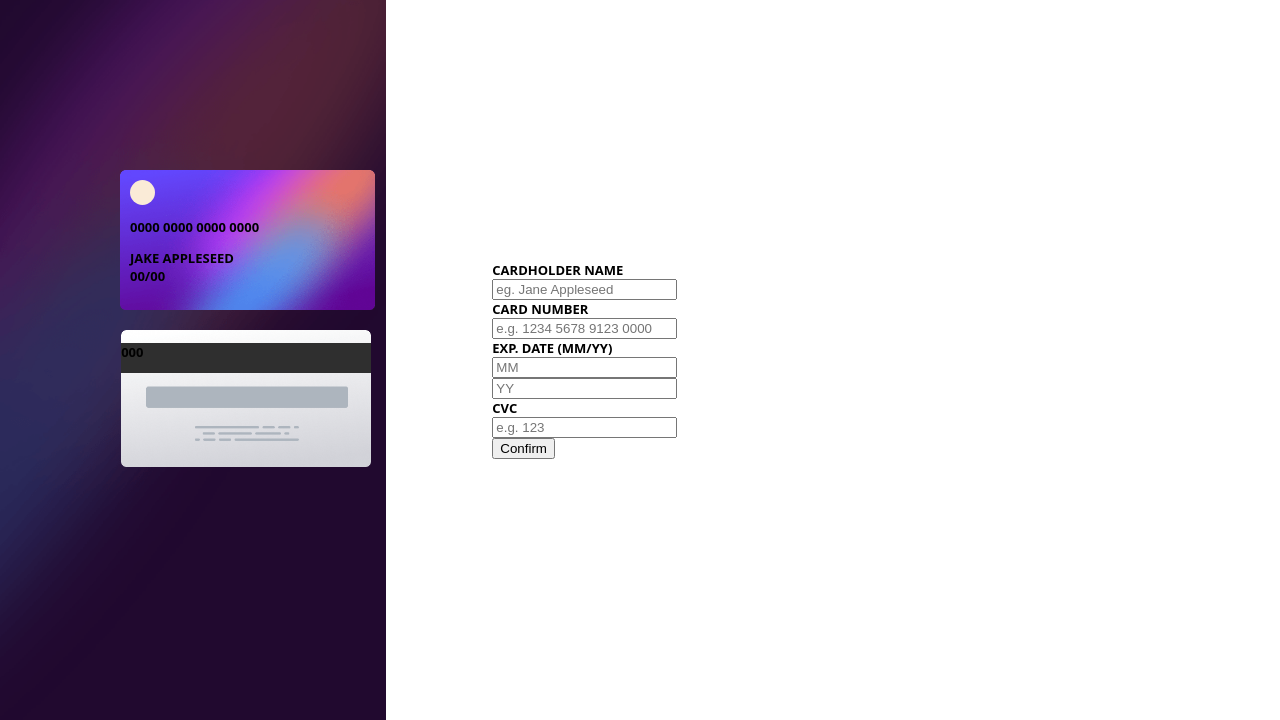
Repository: Celebration-cloud/my-project
Page: interactive-card-details-form-main/index.html
These files come from the project's save history. The page is drawn as it stood at one moment and after the next save; the edit follows.
The browser window is 1280 px wide. The pictures show the whole page.

Above is the page before, as saved 2023-08-23 00:38:30.

### interactive-card-details-form-main/index.html
<!DOCTYPE html>
<html lang="en">
<head>
  <meta charset="UTF-8">
  <meta name="viewport" content="width=device-width, initial-scale=1.0"> <!-- displays site properly based on user's device -->

  <link rel="icon" type="image/png" sizes="32x32" href="./images/favicon-32x32.png">
  <link rel="stylesheet" href="index.css">

  <title>Frontend Mentor | Interactive card details form</title>

  <!-- Feel free to remove these styles or customise in your own stylesheet 👍 -->
  <style>
    .attribution { font-size: 11px; text-align: center; }
    .attribution a { color: hsl(228, 45%, 44%); }
  </style>
</head>
<body>
  <div class="container">
    <section id="section-a" class="section-a">
      <div id="card">
        <div id="profile"></div><span class="detail"></span>
        <p id="card-number">0000 0000 0000 0000</p>
        <div id="others">
          <div id="card-name">JAKE APPLESEED</div>
          <div id="exp-date">00/00</div>
        </div>
      </div>
      <div id="card-back">
        <p id="cvc-digit">000</p>
      </div>

    </section>
    <!-- Add your site or application content here -->
    <!-- Card Details Form Section-->
    <section id="section-b" class="section-b">
      <form action="">
        <label for="name" id="cardholder-numeber-label">CARDHOLDER NAME</label><br/>
        <input name="name" id="cardholder-numeber-input" aria-required="false" placeholder="eg. Jane Appleseed" required/><br/>
        <label for="card-number" id="card-number-label">CARD NUMBER</label><br/>
        <input name="card-number" id="card-number-input" type="tel" aria-required="false" placeholder="e.g. 1234 5678 9123 0000" required/><br/>
        <label for="expire-date" id="expire-date-label">EXP. DATE (MM/YY)</label><br/>
        <input name="expire-date" id="expire-date" type="tel" aria-required="false" placeholder="MM" required/><br/>
        <input name="expire-date" id="expire-date2" type="tel" aria-required="false" placeholder="YY" required/><br/>
        <label for="cvc" id="cvc-label">CVC</label><br/>
        <input name="cvc" aria-required="false" id="cvc" type="tel" placeholder="e.g. 123" required/><br/>
        <button type="submit">Confirm</button>
      </form>

    </section>
  </div>

  <!-- 0000 0000 0000 0000
  00/00

  000

  Cardholder Name
  e.g. Jane Appleseed

  Card Number
  e.g. 1234 5678 9123 0000

  Exp. Date (MM/YY)
  MM
  YY

  CVC
  e.g. 123

  Confirm -->

  <!-- Completed state start -->

  <!-- Thank you!
  We've added your card details
  Continue -->

  <!-- <div class="attribution">
    Challenge by <a href="https://www.frontendmentor.io?ref=challenge" target="_blank">Frontend Mentor</a>.
    Coded by <a href="#">Your Name Here</a>.
  </div> -->
</body>
</html>

### interactive-card-details-form-main/index.css
body{
    font-family: system-ui, -apple-system, BlinkMacSystemFont, 'Segoe UI', Roboto, Oxygen, Ubuntu, Cantarell, 'Open Sans', 'Helvetica Neue', sans-serif;
    font-weight: bolder;
    font-size: small;
    margin: 0;
    -webkit-user-select: none;
    user-select: none;
    padding: 0;
    background-image: url(images/bg-main-desktop.png);
    background-repeat: no-repeat;
    background-size: contain;
    height: 100%;
}
.container{
    display: flex;
    height: 100vh;
}
#section-a{
    align-self: center;
    width: 50%;
    gap: 20px;
    display: flex;
    flex-direction: column;

}
#card{
    background-image: url(images/bg-card-front.png);
    background-repeat: no-repeat;
    background-size: contain;
    width: 290px;
    height: 120px;
    border-radius: 5px;
    padding: 10px;
    margin-left: 120px;
    display: flex;
    flex-direction: column;
}
#profile{
    width: 25px;
    height: 25px;
    background-color: antiquewhite;
    border-radius: 100%;
}
#card-number{

}
#others{

}
#exp-date{

}
#card-back{
    background-image: url(images/bg-card-back.png);
    background-repeat: no-repeat;
    background-size: contain;
    width: 250px;
    height: 220px;
    border-radius: 5px;
    align-self: center;
}
#cvc-digit{

}
#section-b{
    align-self: center;
    width: 80%;
}

After the next save:
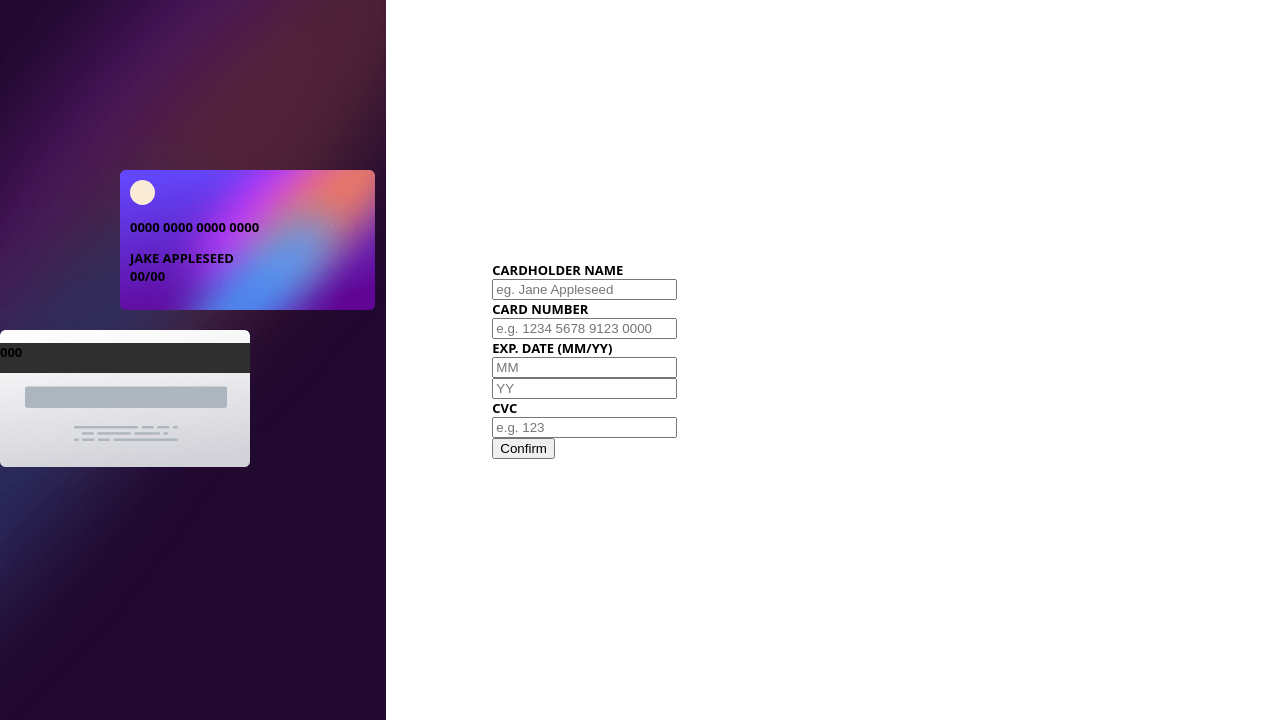
Saved 39 s later.
--- a/interactive-card-details-form-main/index.css
+++ b/interactive-card-details-form-main/index.css
@@ -57,7 +57,7 @@ body{
     width: 250px;
     height: 220px;
     border-radius: 5px;
-    align-self: center;
+    align-self: ;
 }
 #cvc-digit{
 
